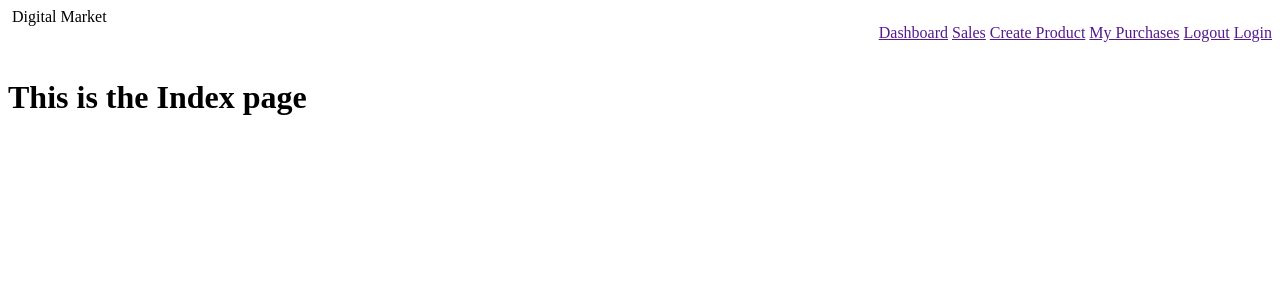
Repository: Zedestar/DigitalMarket_django
Page: http://localhost/
The author's editor kept a copy of each file at every save. The page is drawn from the files as they stood at one save, then again after the next save.
The browser window is 1280 px wide. The pictures show the whole page.
The page is served by the project's application, run on Django 5.2 (manage.py). Style sheets and scripts are compiled from the project's sources, by tool versions that may differ from the author's.

Above is the page before, as saved 2025-03-19 16:32:39.

After the next save:
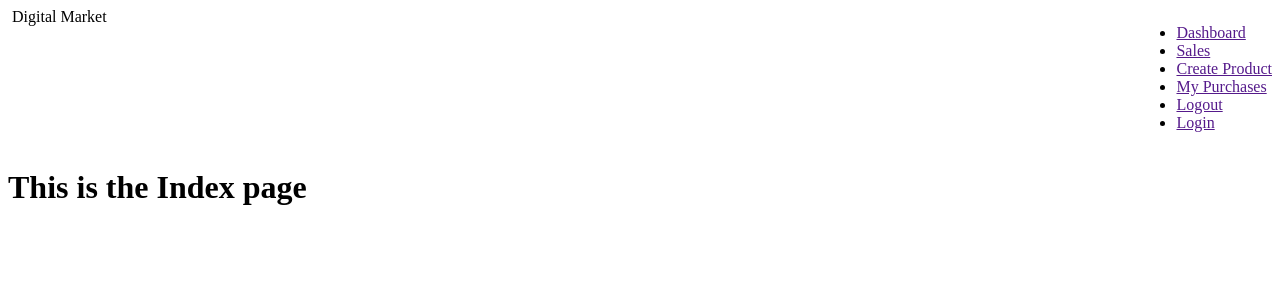
Saved 64 s later.
--- a/templates/base.html
+++ b/templates/base.html
@@ -14,12 +14,24 @@
                 <span>Digital Market</span>
             </div>
             <ul class="mr-6">
-                <a href="">Dashboard</a>
-                <a href="">Sales</a>
-                <a href="">Create Product</a>
-                <a href="">My Purchases</a>
-                <a href="">Logout</a>
-                <a href="">Login</a>
+                <li>
+                    <a href="">Dashboard</a>
+                </li>
+                <li>
+                    <a href="">Sales</a>
+                </li>
+                <li>
+                    <a href="">Create Product</a>
+                </li>
+                <li>
+                    <a href="">My Purchases</a>
+                </li>
+                <li>
+                    <a href="">Logout</a>
+                </li>
+                <li>
+                    <a href="">Login</a>
+                </li>
             </ul>
         </div>
         {% block body %}
